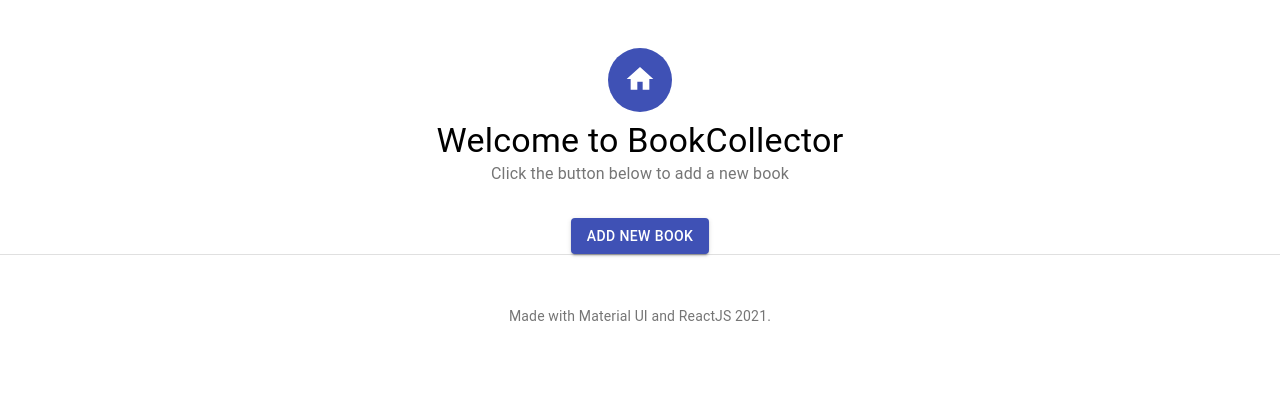
Repository: Colo-Codes/mini-project-react-book-collector
Page: /
The author's editor kept a copy of each file at every save. The page is drawn from the files as they stood at one save, then again after the next save.
The browser window is 1280 px wide. The pictures show the whole page.
The project was rebuilt for these pictures with package versions that can differ from the ones it lists, and the page was loaded fresh each time. Also part of the build but not shown: src/Books/BooksGridItem.js, src/Books/AddBookForm.js.

Above is the page before, as saved 2021-08-25 14:08:07.

### src/App.js
import React, { useState } from 'react';

import { Box, Button, Divider, makeStyles } from '@material-ui/core';
import { Home } from '@material-ui/icons';

import AddBookForm from './Books/AddBookForm';
import Copyright from './UI/Copyright';
import Header from './UI/Header';
import BooksGrid from './Books/BooksGrid';

const useStyles = makeStyles(theme => ({
  paper: {
    marginTop: theme.spacing(5),
    // marginBottom: theme.spacing(15),
    display: 'flex',
    flexDirection: 'column',
    alignItems: 'center',
  },
  icon: {
    color: 'white',
    width: theme.spacing(4),
    height: theme.spacing(4),
  },
  button: {
    marginTop: theme.spacing(4),
  },
  footer: {
    marginV: theme.spacing(4),
  },
}));

function App() {
  const [showAddBookForm, setShowAddBookForm] = useState(false);
  const [bookList, setBookList] = useState('');

  const classes = useStyles();

  const addNewBookHandler = () => {
    setShowAddBookForm(true);
  }

  const hideFormHandler = () => {
    setShowAddBookForm(false);
  }

  // 'Lifting state up' function
  const newBookHandler = newBook => {
    setBookList(prevBook => [...prevBook, newBook]);
  }

  // 'Lifting state up' function
  const deleteBookHandler = bookId => {
    setBookList(prevBook => prevBook.filter(book => book.id !== bookId));
  }

  return (
    <React.Fragment>
      <header className={classes.paper}>
        {showAddBookForm && <AddBookForm onNewBook={newBookHandler} onHideForm={hideFormHandler} />} {/* Conditional Rendering */}
        {!showAddBookForm && <Header headerIcon={<Home className={classes.icon} />} headerContent={'Welcome to BookCollector'} textContent={'Click the button below to add a new book'} />} {/* Conditional Rendering */}
        {!showAddBookForm && <Button variant="contained" color="primary" onClick={addNewBookHandler} className={classes.button} >Add new book</Button>} {/* Conditional Rendering */}
      </header>
      <main>
        <Divider></Divider>
        <BooksGrid bookList={bookList} onDeleteBook={deleteBookHandler} />
      </main>
      <footer>
        <Box my={8}><Copyright /></Box>
      </footer>
    </React.Fragment>
  );
}

export default App;

### src/UI/Copyright.js
import { Typography } from "@material-ui/core";
import { Link } from "@material-ui/core";

function Copyright() {
    return (
        <Typography variant="body2" color="textSecondary" align="center">
            {'Made with '}
            <Link color="inherit" href="https://material-ui.com/" target="_blank">
                Material UI
            </Link>{' and '}
            <Link color="inherit" href="https://reactjs.org/" target="_blank">
                ReactJS
            </Link>{' '}
            {new Date().getFullYear()}
            {'.'}
        </Typography>
    );
}

export default Copyright;

### src/UI/Header.js
import { Avatar, Typography, makeStyles } from "@material-ui/core";
import { Home } from '@material-ui/icons';

const useStyles = makeStyles(theme => ({
    paper: {
        // marginTop: theme.spacing(10),
        display: 'flex',
        flexDirection: 'column',
        alignItems: 'center',
        margin: theme.spacing(0),
    },
    avatar: {
        margin: theme.spacing(1),
        width: theme.spacing(8),
        height: theme.spacing(8),
        backgroundColor: theme.palette.primary.main,
    },
    lightGray: {
        color: theme.palette.text.secondary,
    },
}));

const Header = props => {
    const classes = useStyles();

    return (
        <div className={classes.paper}>
            <Avatar className={classes.avatar}>
                <div className={classes.icon}>{props.headerIcon}</div>
            </Avatar>
            <Typography variant="h4" component="h2">{props.headerContent}</Typography>
            <Typography variant="body1" className={classes.lightGray}>{props.textContent}</Typography>
        </div>
    );
}

export default Header;

### src/Books/BooksGrid.js
import { Container, Grid } from '@material-ui/core';
import { useState } from 'react';
import BooksGridItem from './BooksGridItem';

const BooksGrid = props => {

    return (
        <Container>
            <Grid container spacing={3} direction="row"
                justifyContent="center"
                alignItems="stretch">
                {props.bookList.length > 0 && props.bookList.map(bookItem =>
                    <BooksGridItem key={bookItem.id} id={bookItem.id} title={bookItem.title} author={bookItem.author} onDelete={props.onDeleteBook} />
                )}
            </Grid>
        </Container>
    );
}

export default BooksGrid;

Loaded but not shown: public/index.html (common file); src/index.js (common file); src/index.css (common file)

After the next save:
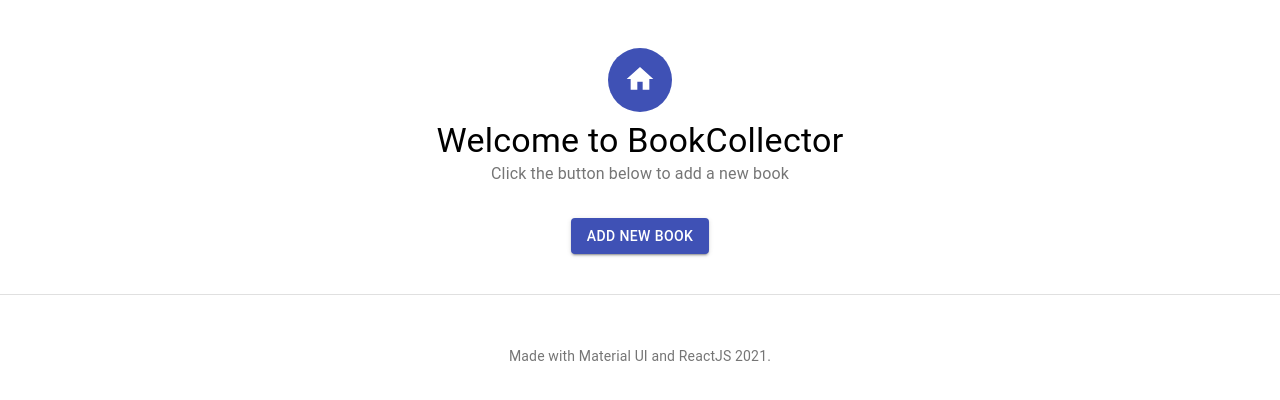
Saved 33 s later.
--- a/src/App.js
+++ b/src/App.js
@@ -11,7 +11,7 @@
 const useStyles = makeStyles(theme => ({
   paper: {
     marginTop: theme.spacing(5),
-    // marginBottom: theme.spacing(15),
+    marginBottom: theme.spacing(5),
     display: 'flex',
     flexDirection: 'column',
     alignItems: 'center',

After the save that followed:
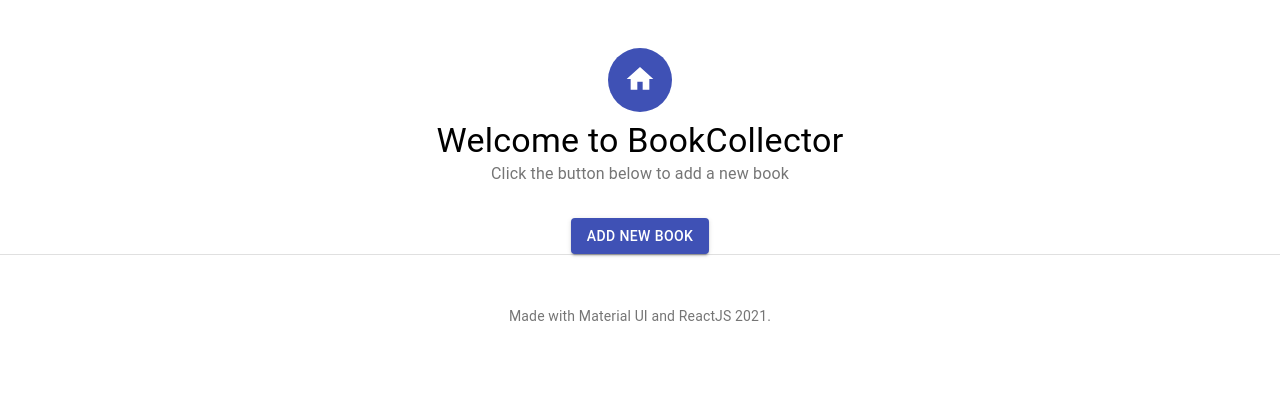
Saved 22 s later.
--- a/src/App.js
+++ b/src/App.js
@@ -11,7 +11,6 @@
 const useStyles = makeStyles(theme => ({
   paper: {
     marginTop: theme.spacing(5),
-    marginBottom: theme.spacing(5),
     display: 'flex',
     flexDirection: 'column',
     alignItems: 'center',
